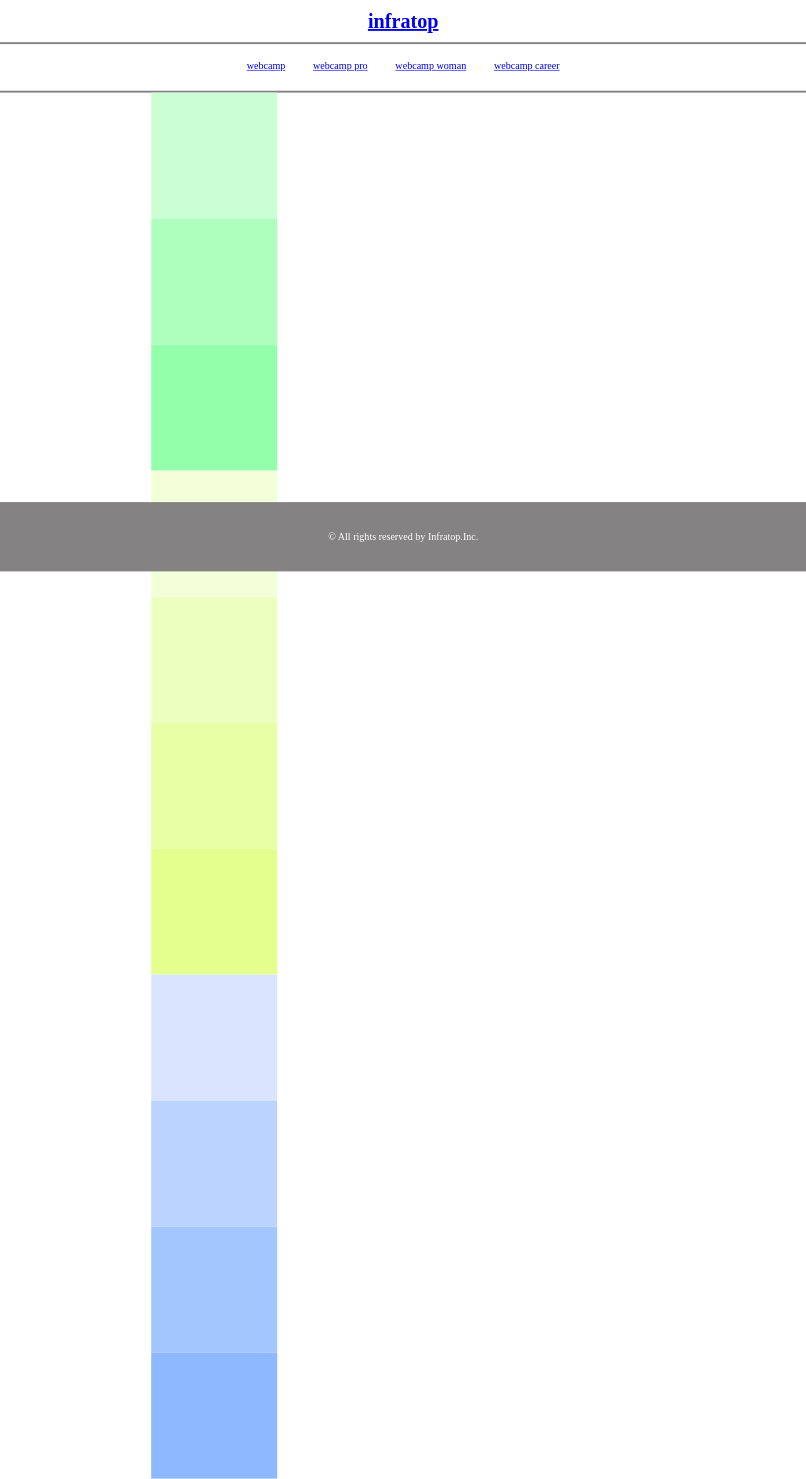
Repository: Souax/prac_20231021
Page: Chapter5/5.html
The author's editor kept a record of every edit. The page is drawn from the files as they stood at one moment, then again after the next edit.
The browser window is 1280 px wide. The pictures show the whole page, at 63% of full size.

Above is the page before.

After the next edit:
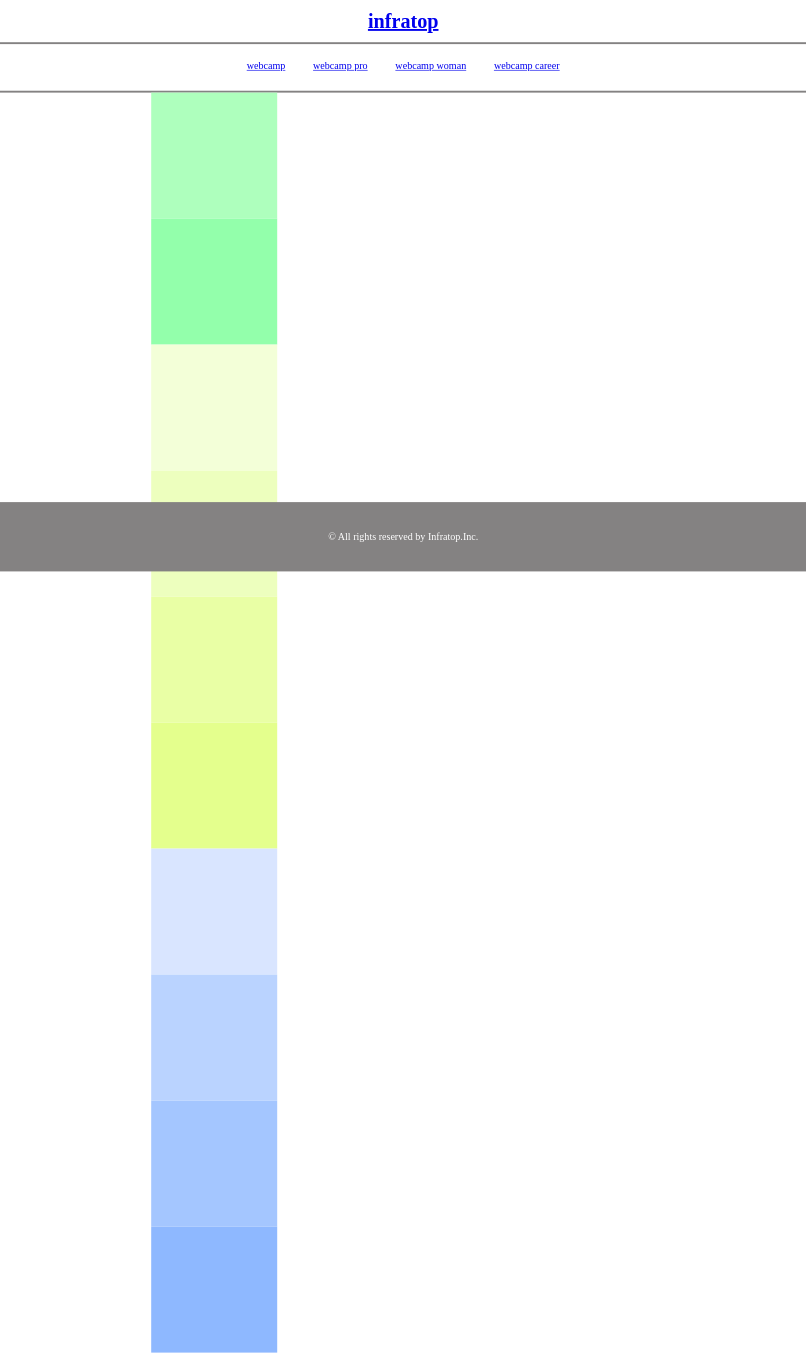
The edit:
--- a/Chapter5/5.css
+++ b/Chapter5/5.css
@@ -48,7 +48,7 @@
   background-color: #e6ffe9;
 }
 
-.box2 {
+.box-2 {
   width: 200px;
   height: 200px;
   background-color: #cbffd3;

After the edit that followed:
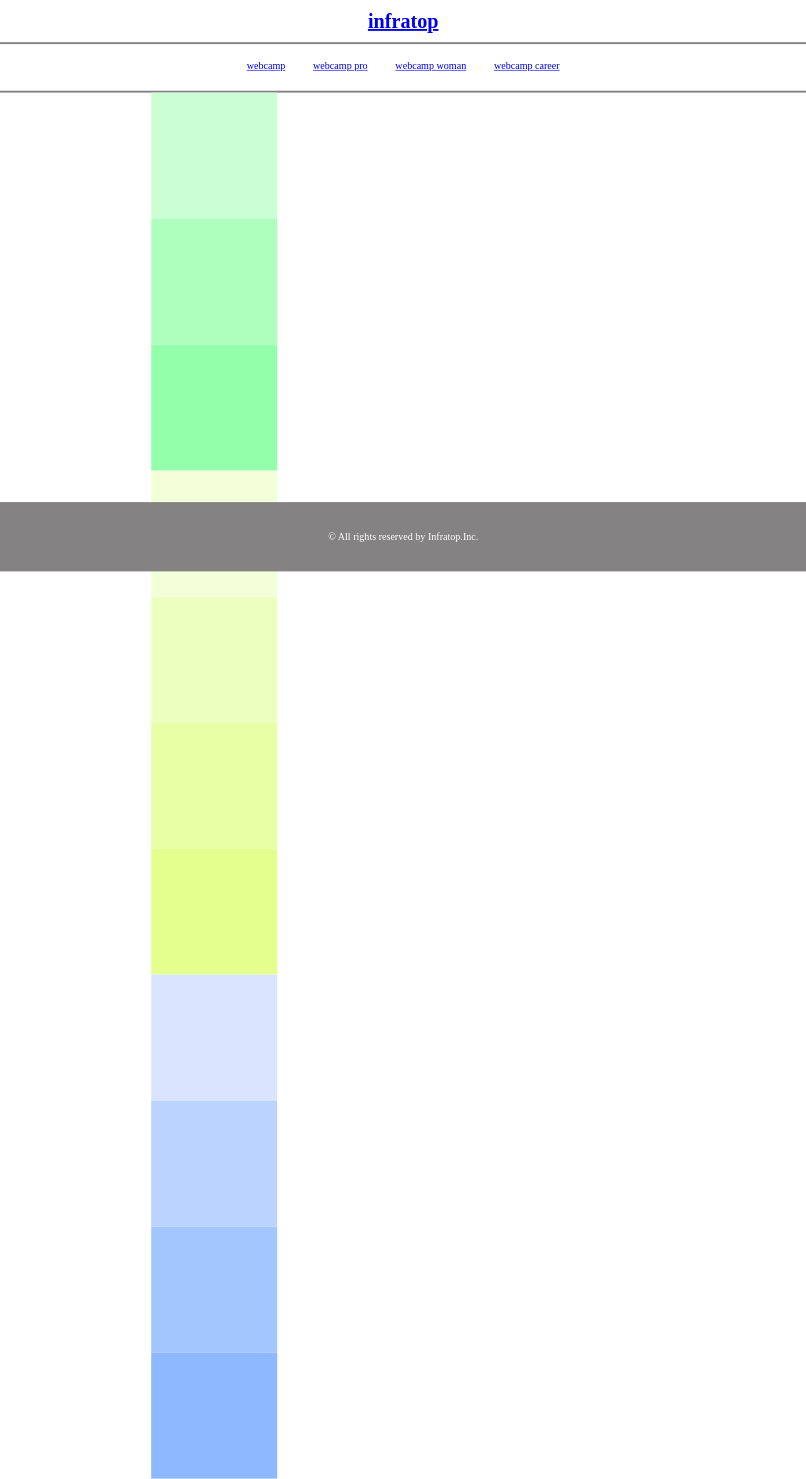
The edit:
--- a/Chapter5/5.css
+++ b/Chapter5/5.css
@@ -48,7 +48,7 @@
   background-color: #e6ffe9;
 }
 
-.box-2 {
+.box2 {
   width: 200px;
   height: 200px;
   background-color: #cbffd3;
